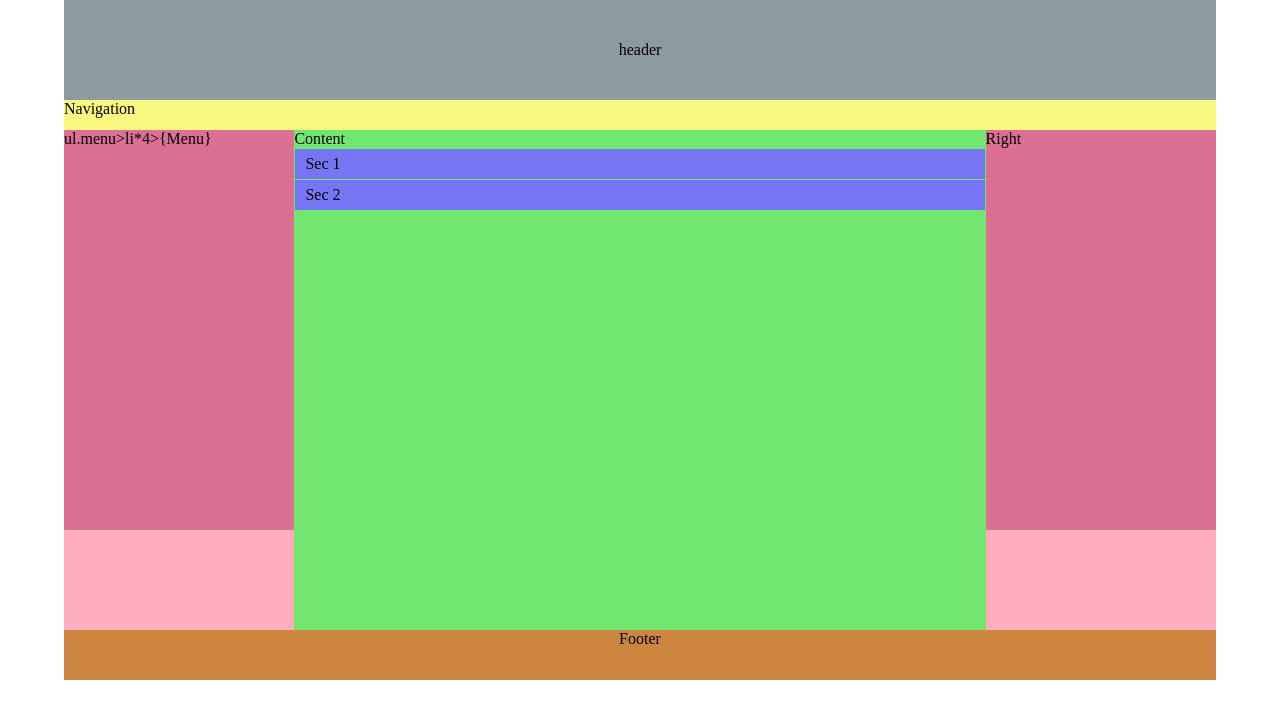
Repository: cvTuananh/Wed-famework
Page: Lab04/lab04/demo04.html
These files come from the project's save history. The page is drawn as it stood at one moment and after a run of saves; the edit follows.
The browser window is 1280 px wide. The pictures show the whole page.

Above is the page before, as saved 2021-09-28 19:02:34.

### Lab04/lab04/demo04.html
<!DOCTYPE html>
<html lang="en">
<head>
    <meta charset="UTF-8">
    <meta http-equiv="X-UA-Compatible" content="IE=edge">
    <meta name="viewport" content="width=device-width, initial-scale=1.0">
    <title>Document</title>
    <link rel="stylesheet" href="demo04.css">
</head>
<body>
    <div class="container">
        <header>header</header>
        <nav>Navigation</nav>
        <aside>
            ul.menu>li*4>{Menu}
        </aside>
        <article>Content
            <section>Sec 1</section>
            <section>Sec 2</section>
        </article>
        <aside>Right</aside>
        <footer>Footer</footer>
    </div>
</body>
</html>

### Lab04/lab04/demo04.css
body {
    padding : 0 ;
    margin : 0 ;
}
.container{
    background-color: #ffaebe;
    width: 90%;
    padding: 0;
    margin: 0 auto;

}

header{
    background-color: rgb(141, 155, 160);
    height: 100px;
    line-height: 100px;
    text-align: center;
}
nav{
    background-color: rgb(248, 248, 128);
    height: 30px;
}
aside{
    background-color: palevioletred;
    min-height: 400px;
    width:20%;
    float: left; /* sap xep thanh hang */

}
article{
    float: left; /* sap xep thanh hang */
    background-color: rgb(113, 230, 113);
    min-height: 500px;
    width:60%;
}
footer{
    background-color: peru;
    height: 50px;
    text-align: center;
    clear: both;
}
section{
    background-color: rgb(118, 118, 245);
    line-height: 30px;
    height: 30px;
    padding-left: 10px;
    margin: 1px;
}

After the next 2 saves:
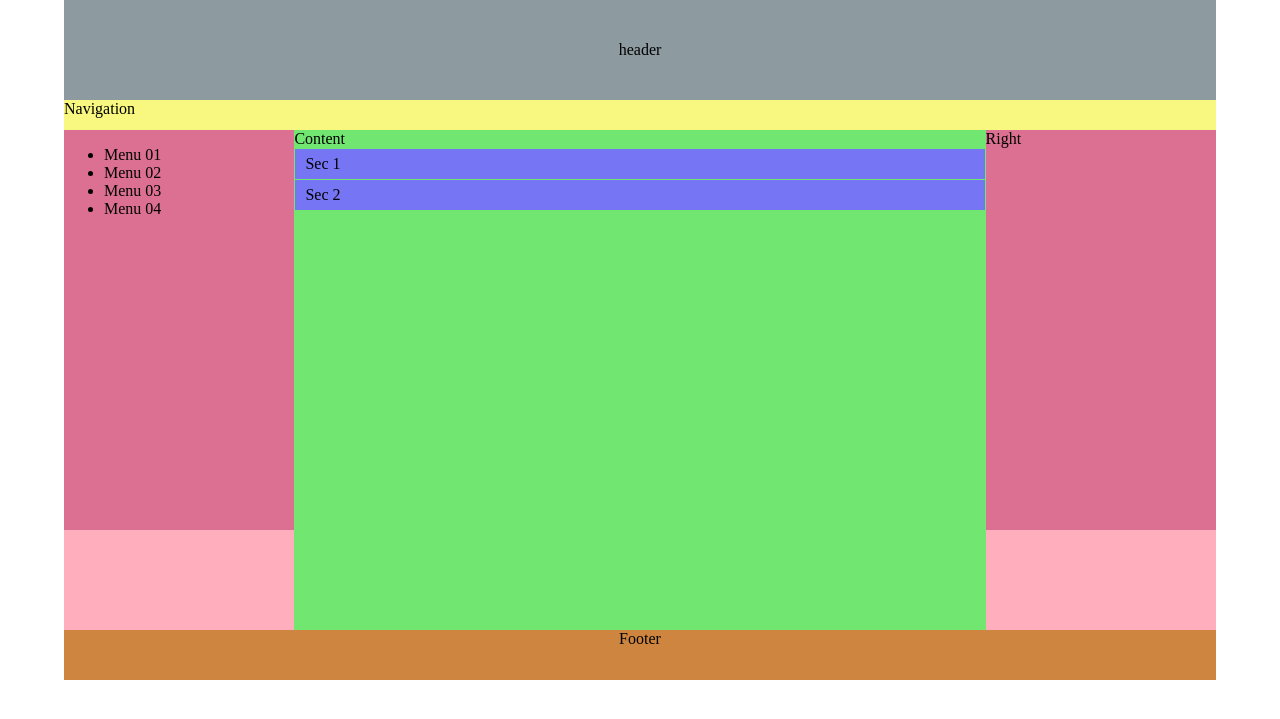
The 2 saves are shown as one change because they came seconds apart.
The last was saved 6 s later.
--- a/Lab04/lab04/demo04.html
+++ b/Lab04/lab04/demo04.html
@@ -12,7 +12,12 @@
         <header>header</header>
         <nav>Navigation</nav>
         <aside>
-            ul.menu>li*4>{Menu}
+            <ul class="menu">
+                <li>Menu 01</li>
+                <li>Menu 02</li>
+                <li>Menu 03</li>
+                <li>Menu 04</li>
+            </ul>
         </aside>
         <article>Content
             <section>Sec 1</section>
